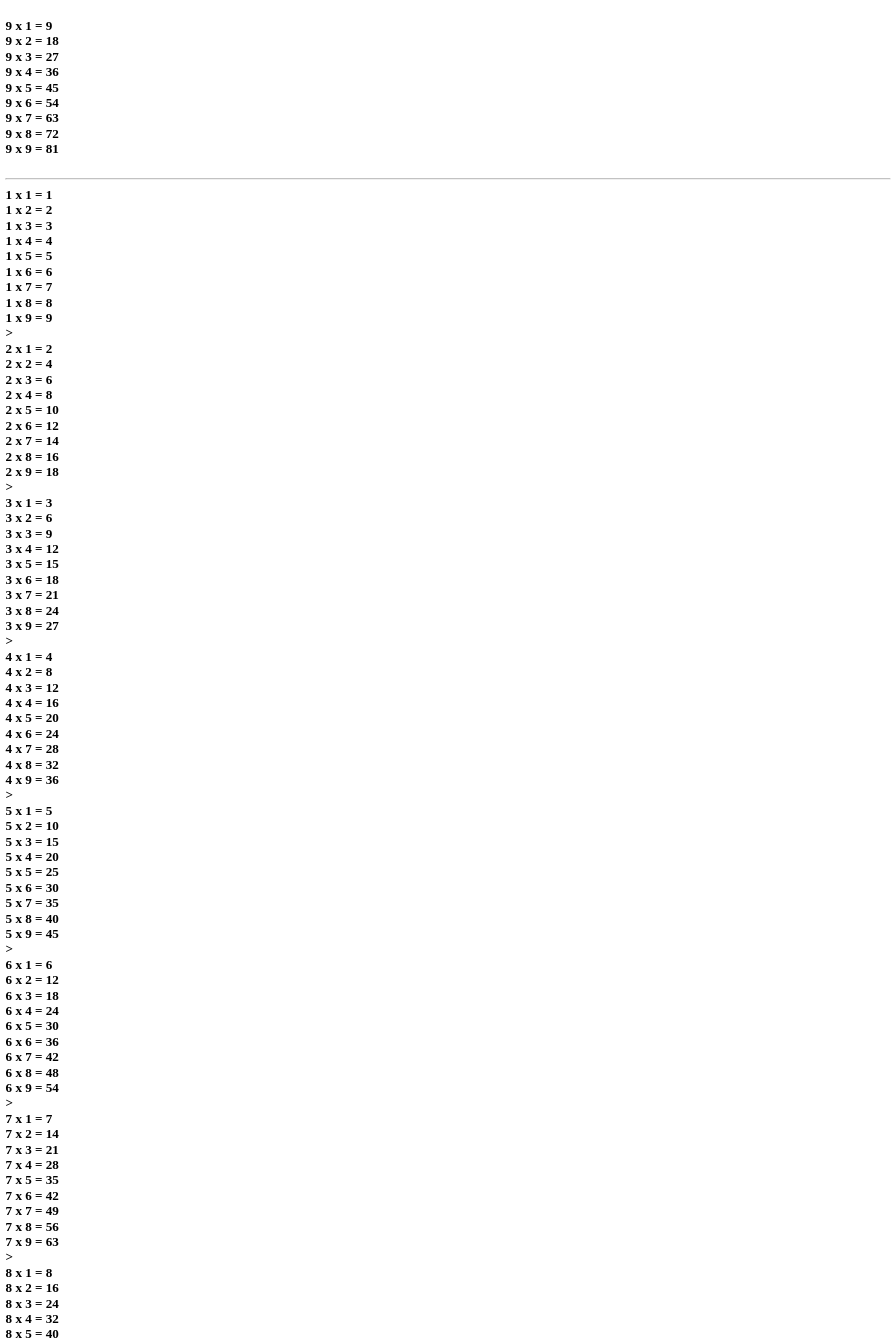
Repository: hyejux/jsp
Page: http://localhost/JSPBasic/jspTag/script02.jsp
These files come from the project's save history. The page is drawn as it stood at one moment and after the next save; the edit follows.
The browser window is 1280 px wide. The pictures show the part of the page from y = 2197 to 4117 px (the page is 4462 px tall before and 4266 px after), at 70% of full size.
The page is served by Tomcat 10. Other server files are loaded and not shown.

Above is the page before, as saved 2024-06-25 02:17:52.

### JSPBasic/src/main/webapp/jspTag/script02.jsp
<%@ page language="java" contentType="text/html; charset=UTF-8"
    pageEncoding="UTF-8"%>
<!DOCTYPE html>
<html>
<head>
<meta charset="UTF-8">
<title>Insert title here</title>
</head>
<body>


	<h3> 구구단 3단을 out.println </h3>

	<%
		for (int i = 1; i<=9; i++){
			out.println(3 + "x" + i + "=" + i*3 + "<br>");
		}
	%>


		<% for (int i = 1; i<=9; i++){ %>
			3  x <%= i  %> = <%= i*3 %> <br>
		<% } %>


	<hr>

	<h3> 체크박스에 1~20 숫자 <h3>

	<% for (int i = 1; i<=20; i++) { %>
	<input type="checkbox"> <%= i %>
	 <% } %>

	 <% for (int i = 1; i<=9; i++) { %>
	 <% for (int j = 1; j<=9; j++) { %>
	<%= i %> x <%= j %> = <%= i*j %><br>
	 <% } %>
	 <br>
	 <% } %>

	<hr>

	<% int count  = 0; %>
	 <% for (int i = 1; i<=9; i++) { %>
	 <% for (int j = 1; j<=9; j++) { %>
	<%= i %> x <%= j %> = <%= i*j %><br>
	 <%  } %>>
	  <br>
	 <% } %>


</body>
</html>

After the next save:
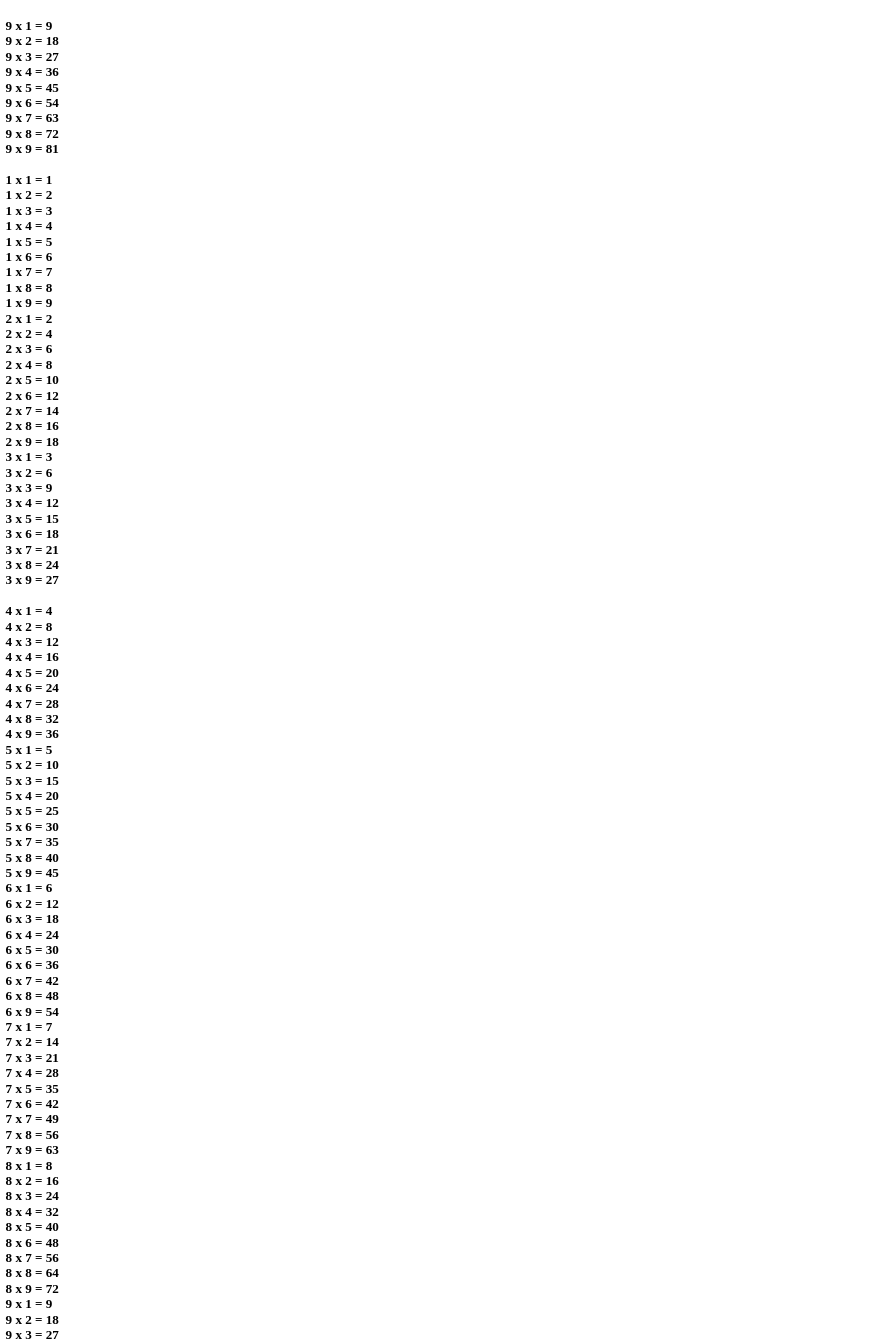
Saved 43 s later.
--- a/JSPBasic/src/main/webapp/jspTag/script02.jsp
+++ b/JSPBasic/src/main/webapp/jspTag/script02.jsp
@@ -38,15 +38,14 @@
 	 <br>
 	 <% } %>
 
-	<hr>
-
 	<% int count  = 0; %>
 	 <% for (int i = 1; i<=9; i++) { %>
 	 <% for (int j = 1; j<=9; j++) { %>
 	<%= i %> x <%= j %> = <%= i*j %><br>
-	 <%  } %>>
+	 <%  } count++;%>
+	 <% if (count == 3) {%>
 	  <br>
-	 <% } %>
+	 <% } } %>
 
 
 </body>
